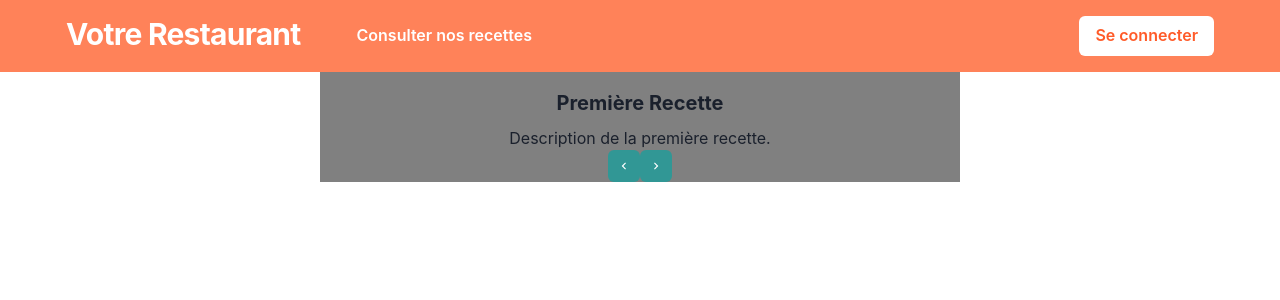
Repository: Ecaron76/tp-restau-next
Page: /
An editor plug-in stored every save of this project. The page is shown before and after the next save, followed by the edit.
The browser window is 1280 px wide. The pictures show the whole page.
The project was rebuilt for these pictures with package versions that can differ from the ones it lists, and the page was loaded fresh each time. The framework's server and built-in components were replaced by stand-ins that run in the browser. Also part of the build but not shown: next.config.mjs.

Above is the page before, as saved 2024-02-25 18:48:37.

After the next save:
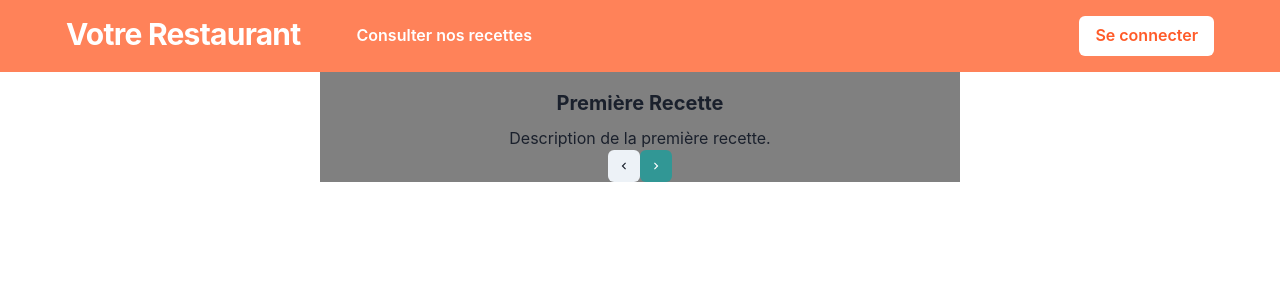
Saved 38 s later.
--- a/src/components/SliderResto/SliderResto.tsx
+++ b/src/components/SliderResto/SliderResto.tsx
@@ -29,7 +29,7 @@ export default function SliderResto() {
         <IconButton
           onClick={goToPrevSlide}
           icon={<ChevronLeftIcon />}
-          colorScheme="teal"
+
           size="sm"
           aria-label="Précédent"
         />
